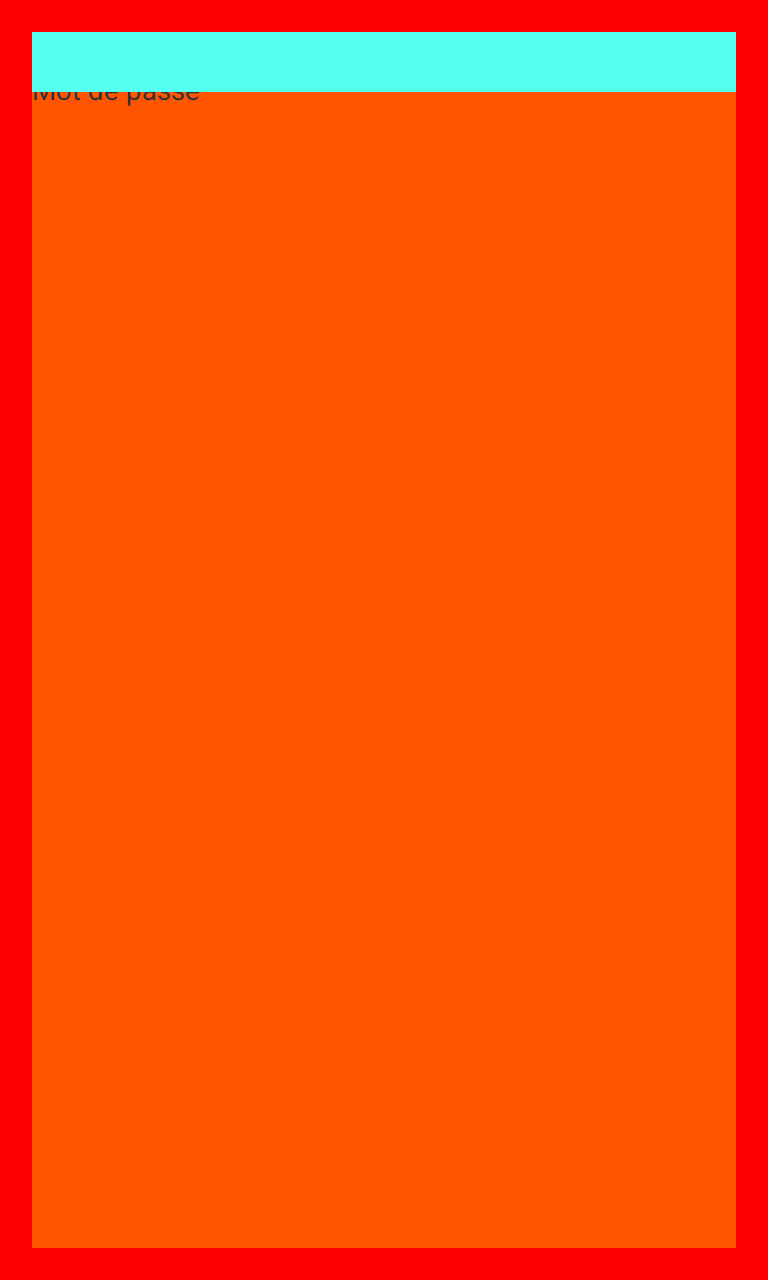
Repository: ablanchard/formation-android
Layout: ParlezVousAndroid/res/layout/fragment_main.xml
These files come from the project's save history. The layout is drawn as it stood at one moment and after a run of saves; the edit follows.
It is drawn on a 768 x 1280 px phone screen (xhdpi) without system bars, with theme AppTheme; the app's code is not run.

Above is the layout before, as saved 2014-04-29 08:35:09.

### ParlezVousAndroid/res/layout/fragment_main.xml
<RelativeLayout xmlns:android="http://schemas.android.com/apk/res/android"
    xmlns:tools="http://schemas.android.com/tools"
    android:layout_width="match_parent"
    android:layout_height="match_parent"
    android:paddingBottom="@dimen/activity_vertical_margin"
    android:paddingLeft="@dimen/activity_horizontal_margin"
    android:paddingRight="@dimen/activity_horizontal_margin"
    android:paddingTop="@dimen/activity_vertical_margin"
    android:background="#FFFF0000"
    tools:context="com.example.parlezvousandroid.MainActivity$PlaceholderFragment" >

    <LinearLayout
    android:layout_width="match_parent"
    android:layout_height="wrap_content"
    android:background="#FFFFFF00"
     android:orientation="vertical"
     android:id="@+id/header">
        <TextView
        android:layout_width="wrap_content"
        android:layout_height="wrap_content"
        android:text="@string/form"/>
    </LinearLayout>
    <LinearLayout
      	android:id="@+id/content"
    android:layout_width="match_parent"
    android:layout_height="match_parent"
    android:background="#FFFF5500"
    android:orientation="vertical">
        <TextView
        android:layout_width="wrap_content"
        android:layout_height="wrap_content"
        android:text="@string/nom"/>
        <EditText
            android:inputType="text"/>
        <TextView
        android:layout_width="wrap_content"
        android:layout_height="wrap_content"
        android:text="@string/pass"/>
        <EditText
            android:inputType="text"/>

    </LinearLayout>
    <LinearLayout
        android:id="@+id/footer"
    android:layout_width="match_parent"
    android:layout_height="30dp"
    android:background="#FF55FFF0"
    android:orientation="vertical">

    </LinearLayout>
</RelativeLayout>

### ParlezVousAndroid/res/values/strings.xml
<?xml version="1.0" encoding="utf-8"?>
<resources>

    <string name="app_name">ParlezVousAndroid</string>
    <string name="hello_world">Hello world!</string>
    <string name="action_settings">Settings</string>
    <string name="form">Formulaire de connexion</string>
    <string name="nom">Nom d\'utilisateur</string>
    <string name="pass">Mot de passe</string>


</resources>

Loaded but not shown: ParlezVousAndroid/res/values/styles.xml (common file); ParlezVousAndroid/res/values-v11/styles.xml (common file); ParlezVousAndroid/res/values-v14/styles.xml (common file); ParlezVousAndroid/res/values/dimens.xml (common file); ParlezVousAndroid/res/values-w820dp/dimens.xml (common file)

After the next 3 saves:
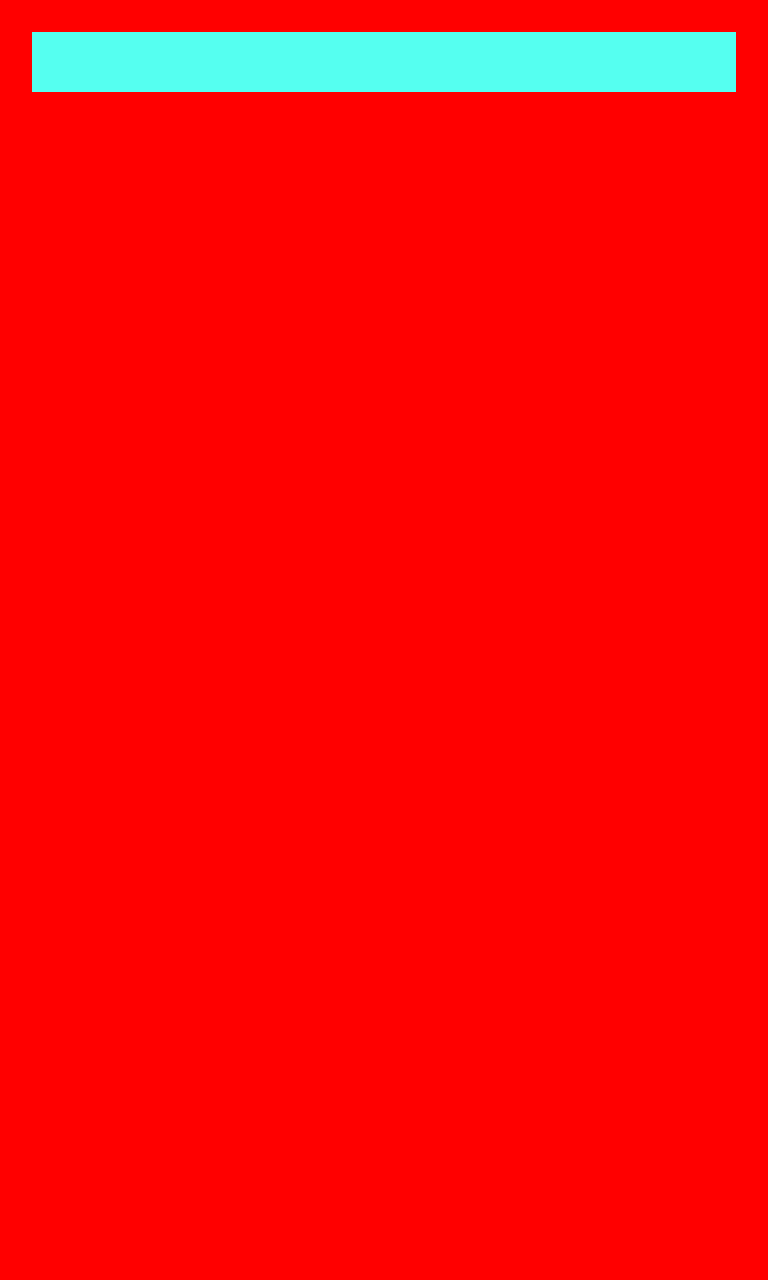
The 3 saves are shown as one change because 2 did not build or start.
The last was saved 3 min 7 s later.
--- a/ParlezVousAndroid/res/layout/fragment_main.xml
+++ b/ParlezVousAndroid/res/layout/fragment_main.xml
@@ -2,50 +2,57 @@
     xmlns:tools="http://schemas.android.com/tools"
     android:layout_width="match_parent"
     android:layout_height="match_parent"
+    android:background="#FFFF0000"
     android:paddingBottom="@dimen/activity_vertical_margin"
     android:paddingLeft="@dimen/activity_horizontal_margin"
     android:paddingRight="@dimen/activity_horizontal_margin"
     android:paddingTop="@dimen/activity_vertical_margin"
-    android:background="#FFFF0000"
     tools:context="com.example.parlezvousandroid.MainActivity$PlaceholderFragment" >
 
     <LinearLayout
-    android:layout_width="match_parent"
-    android:layout_height="wrap_content"
-    android:background="#FFFFFF00"
-     android:orientation="vertical"
-     android:id="@+id/header">
+        android:id="@+id/header"
+        android:layout_width="match_parent"
+        android:layout_height="wrap_content"
+        android:background="#FFFFFF00"
+        android:orientation="vertical" >
+
         <TextView
-        android:layout_width="wrap_content"
-        android:layout_height="wrap_content"
-        android:text="@string/form"/>
+            android:layout_width="wrap_content"
+            android:layout_height="wrap_content"
+            android:text="@string/form" />
     </LinearLayout>
-    <LinearLayout
-      	android:id="@+id/content"
-    android:layout_width="match_parent"
-    android:layout_height="match_parent"
-    android:background="#FFFF5500"
-    android:orientation="vertical">
-        <TextView
-        android:layout_width="wrap_content"
-        android:layout_height="wrap_content"
-        android:text="@string/nom"/>
-        <EditText
-            android:inputType="text"/>
-        <TextView
-        android:layout_width="wrap_content"
-        android:layout_height="wrap_content"
-        android:text="@string/pass"/>
-        <EditText
-            android:inputType="text"/>
 
-    </LinearLayout>
+    <ScrollView>
+
+        <LinearLayout
+            android:id="@+id/content"
+            android:layout_width="match_parent"
+            android:layout_height="match_parent"
+            android:background="#FFFF5500"
+            android:orientation="vertical" >
+
+            <TextView
+                android:layout_width="wrap_content"
+                android:layout_height="wrap_content"
+                android:text="@string/nom" />
+
+            <EditText android:inputType="text" />
+
+            <TextView
+                android:layout_width="wrap_content"
+                android:layout_height="wrap_content"
+                android:text="@string/pass" />
+
+            <EditText android:inputType="text" />
+        </LinearLayout>
+    </ScrollView>
+
     <LinearLayout
         android:id="@+id/footer"
-    android:layout_width="match_parent"
-    android:layout_height="30dp"
-    android:background="#FF55FFF0"
-    android:orientation="vertical">
+        android:layout_width="match_parent"
+        android:layout_height="30dp"
+        android:background="#FF55FFF0"
+        android:orientation="vertical" >
+    </LinearLayout>
 
-    </LinearLayout>
 </RelativeLayout>
